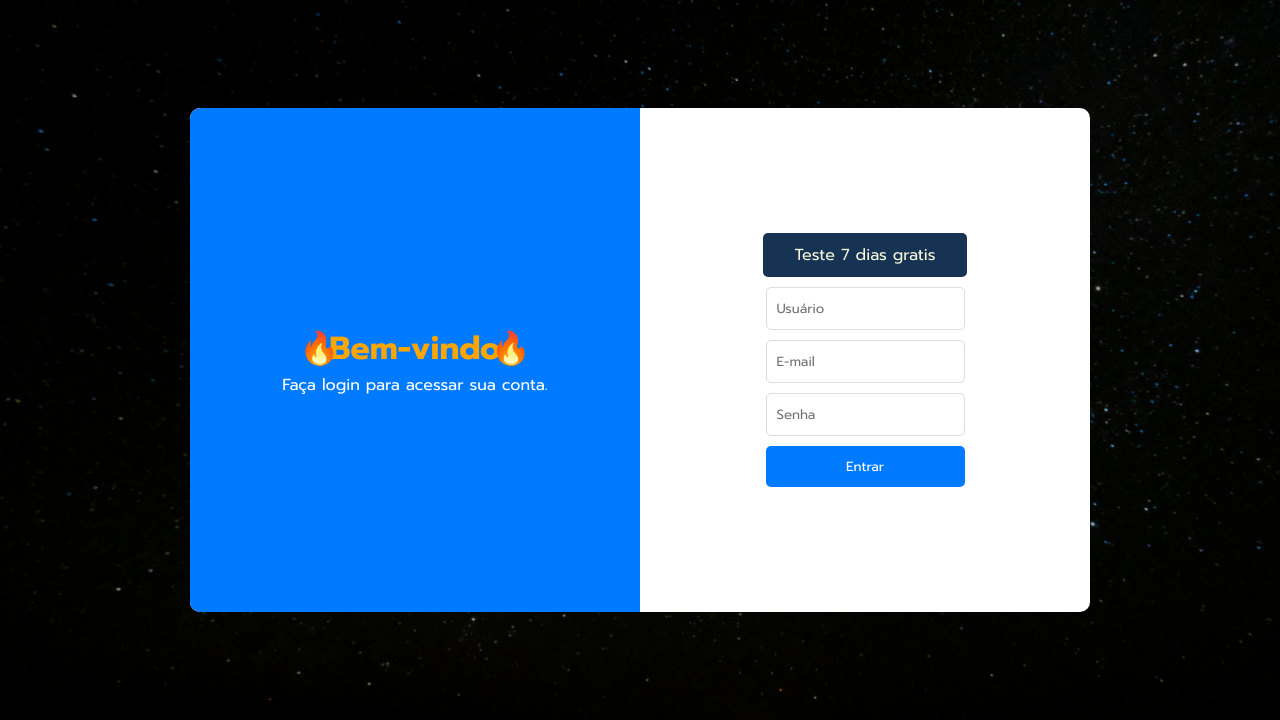
Repository: joao-paulo-paiva/tela-login
Page: index.html
An editor plug-in stored every save of this project. The page is shown before and after a run of saves, followed by the edit.
The browser window is 1280 px wide. The pictures show the whole page.

Above is the page before, as saved 2025-04-16 11:14:33.

After the next 2 saves:
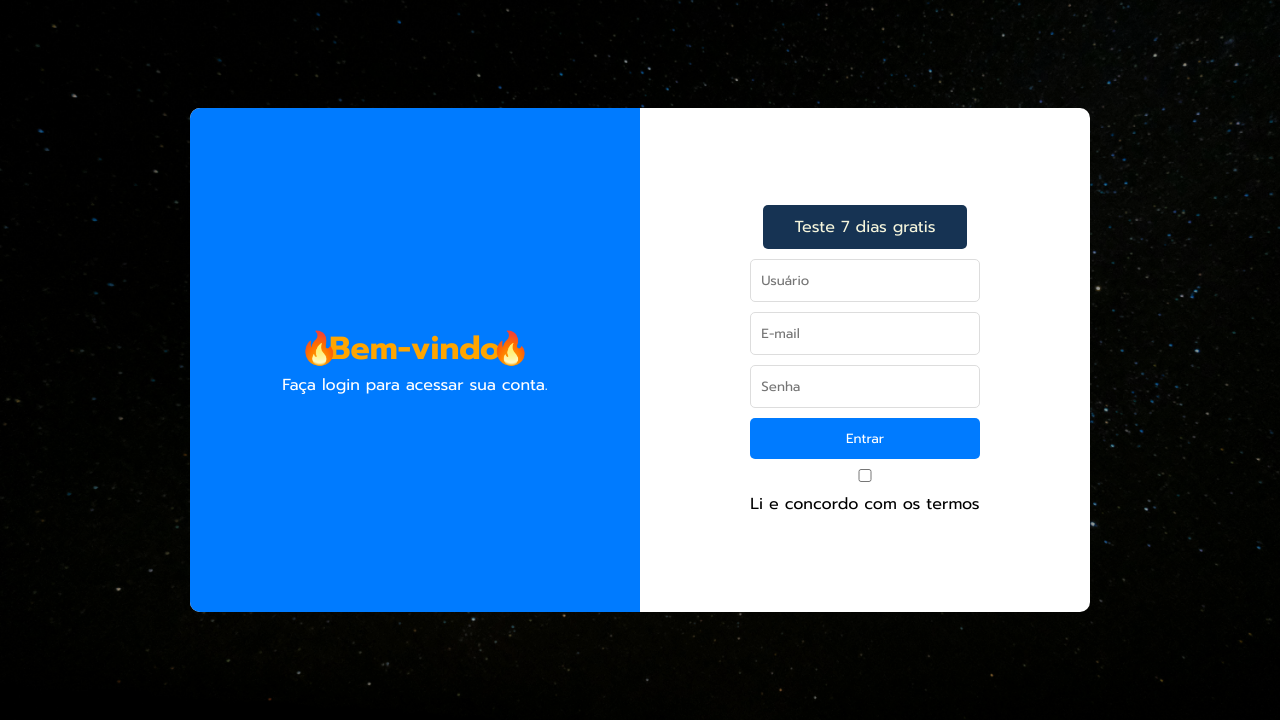
The 2 saves are shown as one change because they came seconds apart.
The last was saved 8 min 11 s later.
--- a/index.html
+++ b/index.html
@@ -22,6 +22,11 @@
                 <input type="email" placeholder="E-mail" required>
                 <input type="password" placeholder="Senha" required>
                 <button type="submit">Entrar</button>
+                <div class="termos">
+                    <input type="checkbox" id="termos" required>
+                    <label for="termos">Li e concordo com os termos</label>
+                </div>
+
 
             </form>
         </div>
